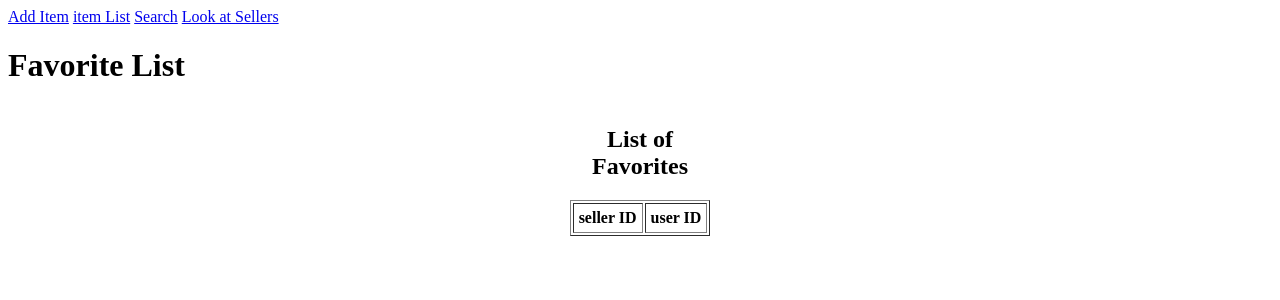
Repository: HamdanM/DatabaseProject
Page: http://localhost/DB3/favList.jsp
These files come from the project's save history. The page is drawn as it stood at one moment and after the next save; the edit follows.
The browser window is 1280 px wide. The pictures show the whole page.
The page is served by Tomcat 9. Other server files are loaded and not shown. The template is opened directly, without the code that normally fills it, so the values that code supplies are empty.

Above is the page before, as saved 2019-07-25 02:39:47.

### DB3/WebContent/favList.jsp
<%@ page language="java" contentType="text/html; charset=ISO-8859-1"
    pageEncoding="ISO-8859-1"%>
  <%@ taglib prefix="c" uri="http://java.sun.com/jsp/jstl/core" %>
<!DOCTYPE html PUBLIC "-//W3C//DTD HTML 4.01 Transitional//EN" "http://www.w3.org/TR/html4/loose.dtd">
<html>
<head>
<meta http-equiv="Content-Type" content="text/html; charset=ISO-8859-1">
<title>Insert title here</title>
</head>
<body>
<a href="addItem.jsp">Add Item</a>
<a href="list">item List</a>
<a href="search.jsp">Search</a>
<a href="sellers">Look at Sellers</a>

<div id="FavList" class="tab">
    <h1>Favorite List</h1>

      <div align="center">
        <table border="1" cellpadding="5">
            <caption><h2>List of Favorites</h2></caption>
            <tr>
              <th>seller ID</th>
                <th>user ID</th>


            </tr>
            <c:forEach var="fav" items="${favsList}">
                <tr>
                    <td><c:out value="${fav.getItemid()}" /></td>
                    <td><c:out value="${fav.getUser_UserID()}" /></td>
                    <td>
                        &nbsp;&nbsp;
                        <a href="deleteFav?id=<c:out value='${fav.getUser_UserID()}' />">Delete</a>
                    </td>
                </tr>
            </c:forEach>
        </table>
    </div>

</div>
</body>
</html>

After the next save:
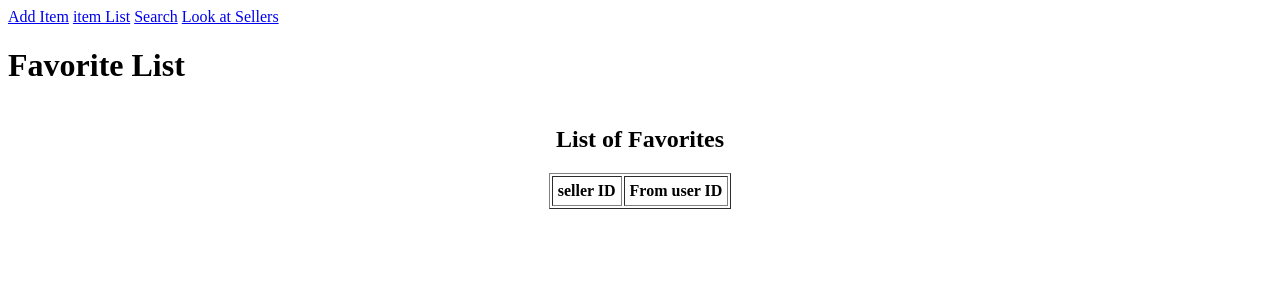
Saved 46 min 49 s later.
--- a/DB3/WebContent/favList.jsp
+++ b/DB3/WebContent/favList.jsp
@@ -21,7 +21,7 @@
             <caption><h2>List of Favorites</h2></caption>
             <tr>
               <th>seller ID</th>
-                <th>user ID</th>
+                <th>From user ID</th>
 
 
             </tr>
